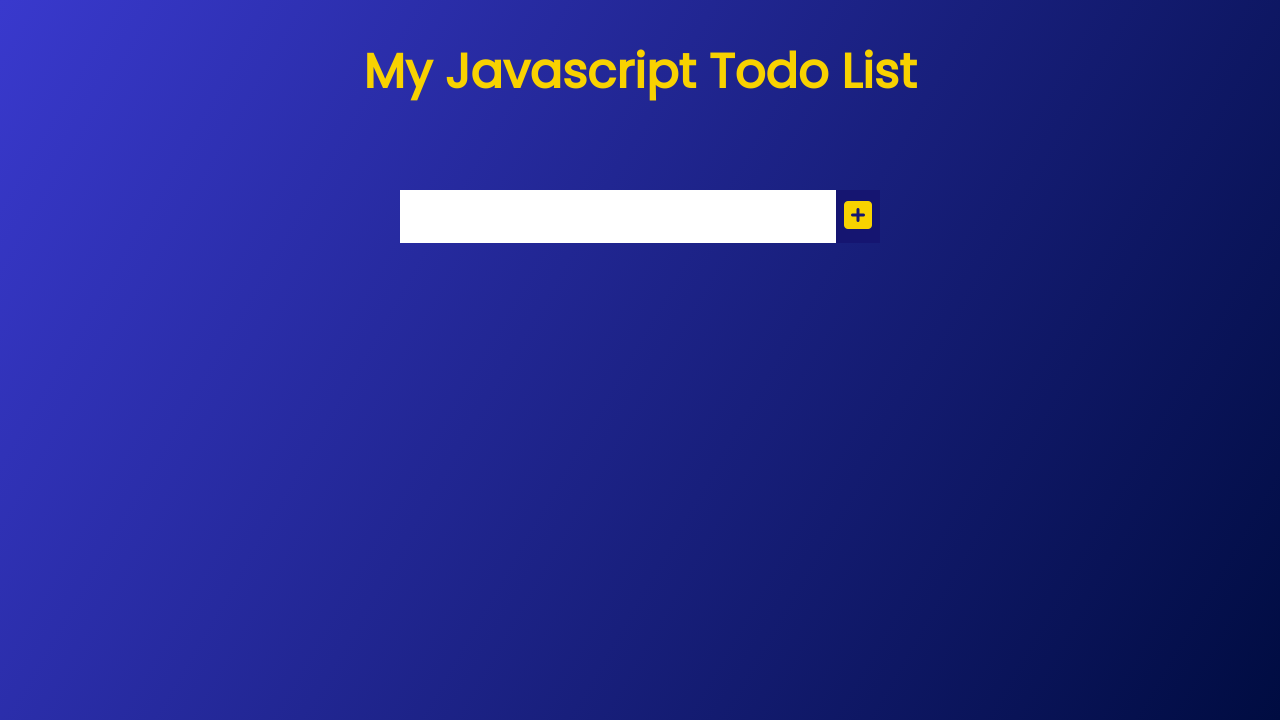
Repository: LuisMiLR/JavaScript-Todo-List
Page: index.html
The author's editor kept a copy of each file at every save. The page is drawn from the files as they stood at one save, then again after the next save.
The browser window is 1280 px wide. The pictures show the whole page.
The pointer rests on the first visible `form button`.

Above is the page before, as saved 2023-05-01 14:56:49.

### index.html
<!DOCTYPE html>
<html lang="en">
<head>
    <meta charset="UTF-8">
    <meta http-equiv="X-UA-Compatible" content="IE=edge">
    <meta name="viewport" content="width=device-width, initial-scale=1.0">
    <title>My Javascript Todo List</title>
    <link rel="stylesheet" href="style.css">
    <link href="https://fonts.googleapis.com/css2?family=Orbitron:wght@400;700&family=Poppins:wght@200;400&display=swap" rel="stylesheet">
    <link rel="stylesheet" href="https://cdnjs.cloudflare.com/ajax/libs/font-awesome/6.4.0/css/all.min.css" integrity="sha512-iecdLmaskl7CVkqkXNQ/ZH/XLlvWZOJyj7Yy7tcenmpD1ypASozpmT/E0iPtmFIB46ZmdtAc9eNBvH0H/ZpiBw==" crossorigin="anonymous" referrerpolicy="no-referrer" />
</head>
<body>

    <header>
        <h1>My Javascript Todo List </h1>
    </header>
    <form>
        <input type="text" class="todo-input">
        <button class="todo-button" type="submit">
        <i class="fa-solid fa-square-plus"></i>
        </button>
    </form>
    <div class="todo-container">
        <ul class="todo-list">
        </ul>
    </div>

    <script src="./app.js"> </script>
</body>
</html>

### style.css
*{
    margin: 0;
    padding: 0;
    box-sizing: border-box;
}

body {
    background-image: linear-gradient(120deg, #3939cd,#000c41);
    color: rgb(248, 210, 0);
    min-height: 100vh;
    font-family: "poppins",sans-serif;
}

header{
    font-size: 1.5rem;
}
header, form {
    min-height: 20vh;
    display: flex;
    justify-content: center;
    align-items: center;
}

form input, form button {
    padding: 0.5rem;
    font-size: 2rem;
    border: none;
    background: white;
}
form button{
    color: #000c41;
    background: white;
    cursor: pointer;
    transition: all 0.3s ease;
}

form button:hover {
    background: #151571;
    color: rgb(248, 210, 0);
}

.todo-container {
    display: flex;
    justify-content:center;
    align-items: center;
}

.todo-list {
    min-width: 30%;
    list-style: none;
}

.todo {
    display: flex;
    justify-content: space-between;
    align-items: center;
    background: white;
    color: #000c41;
    font-size: 1.5rem;
    margin: 0.5rem;
    transition: all 0.5 ease;
}
.todo li {
    flex: 1;
}

.trash-btn,
.complete-btn {
    background:rgb(248, 210, 0);
    color: #000c41;
    border: none;
    padding: 1rem;
    cursor: pointer;
    font-size: 1rem;
}

.complete-btn {
    background: rgb(73, 204, 73);
}

.todo-item {
    padding: 0rem 0.5;
}

### app.js
//SELECTEURS
const todoInput = document.querySelector(".todo-input");
const todoButton = document.querySelector(".todo-button");
const todoList = document.querySelector(".todo-list");

//ECOUTEURS
todoButton.addEventListener("click", addTodo);

//FUNCTIONS
function addTodo(event) {
    event.preventDefault();
    //TODO DIV
    const todoDiv = document.createElement("div");
    todoDiv.classList.add("todo");
    //CREER LE LI
    const newTodo = document.createElement("li");
    newTodo.innerText = "hey";
    newTodo.classList.add("todo-item");
    todoDiv.appendChild(newTodo);
    //BOUTON CHECK
    const completedButton = document.createElement("button");
    completedButton.innerHTML = '<i class="fas fa-check"></i>';
    completedButton.classList.add("complete-btn");
    todoDiv.appendChild(completedButton);
    //BOUTON SUPPRIMER
    const trashButton = document.createElement("button");
    trashButton.innerHTML = '<i class="fas fa-trash"></i>';
    trashButton.classList.add("trash-btn");
    todoDiv.appendChild(trashButton);
    //AJOUTER NOTRE TODO A TODO-LIST
    todoList.appendChild(todoDiv);
}

After the next save:
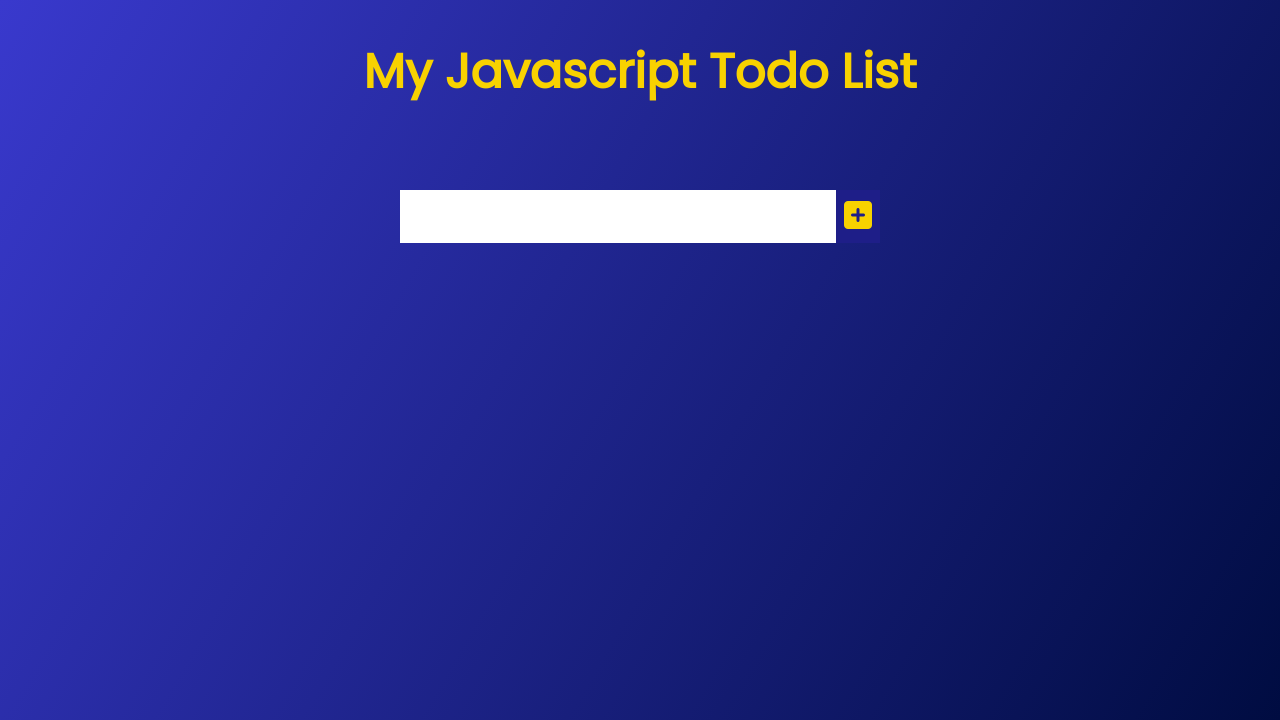
Saved 6 s later.
--- a/style.css
+++ b/style.css
@@ -35,7 +35,7 @@ form button{
 }
 
 form button:hover {
-    background: #151571;
+    background: #1e1e88;
     color: rgb(248, 210, 0);
 }
 
